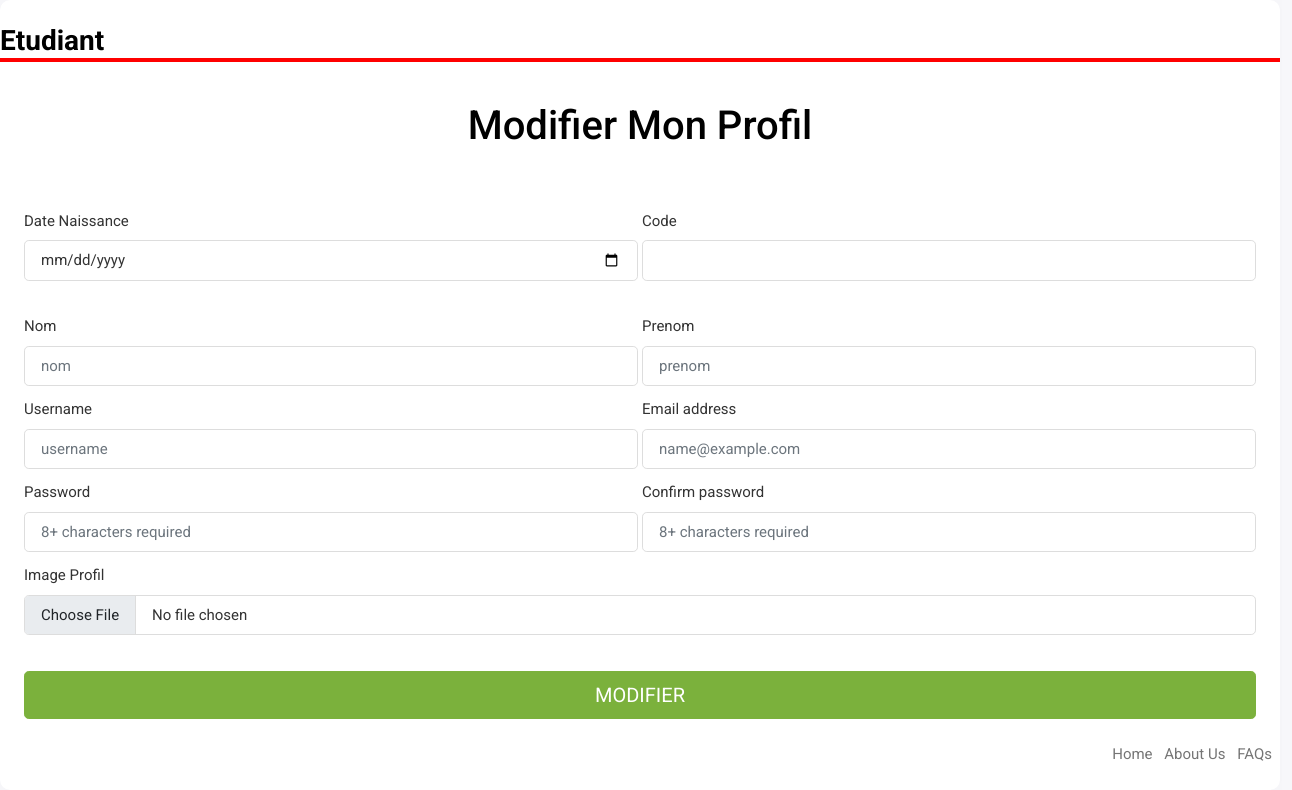
Repository: djadame/Projet
Page: templates/Etudiant/modifier.html
The author's editor kept a copy of each file at every save. The page is drawn from the files as they stood at one save, then again after the next save.
The browser window is 1280 px wide. The page is 1282 px wide, then 1292 px, so the pictures cover 1292 px, including what lies to the right of the window. The pictures show the whole page.
Some icons come from a web library that is not loaded, so they are not drawn. Some web fonts or font styles are not loaded; a fallback is used. The page is served by the project's application, run on Django 4.2 (manage.py). Other server files are loaded and not shown. The template is opened directly, without the code that normally fills it, so the values that code supplies are empty.

Above is the page before, as saved 2023-08-23 01:51:20.
Console error: ReferenceError: feather is not defined

### templates/Etudiant/modifier.html
{% extends "base.html" %} {% load static %} {% block content %}
<div class="content-wrapper" style="margin-top:Opx">
        <div class="content"><!-- For Components documentaion -->
          <div class="card card-default">
            <div class="px-6 py-4">
              <div class="">
                <div >
                    <h3 class=" fw-bold flex-fill mb-3" style="border-bottom: 4px solid red; ">Etudiant</h3>

                    <p class=" alert-success">{{ message }}</p>

                    <form class="row g-1 p-0 p-4" action="{% url 'modifier_profile' user.id %}" method="POST">
                      {% csrf_token %}


                      <div class="col-12 text-center mb-5">
                        <h1>Modifier Mon Profil</h1>

                      </div>
                      {% if error %}

                      <p class="alert alert-danger">{{ message }}</p>
                      {% endif %}

                      <div class="col-6">
                        <div class="mb-2">
                          <label class="form-label">Date Naissance</label>
                          <input type="date" id="date_naissance" name="date" class="form-control form-control-lg"
                          value="{{ user.birthdate|date:'Y-m-d' }}" required><br>
                        </div>
                      </div>

                      <div class="col-6">
                        <div class="mb-2">
                          <label class="form-label">Code</label>
                          <input type="text" name="identifiant"  class="form-control form-control-lg" value="{{ user.identifiant }}"  required/>
                        </div>
                      </div>

                      <div class="col-6">
                        <div class="mb-2">
                          <label class="form-label">Nom</label>
                          <input type="text" name="nom" value="{{ user.first_name }}" class="form-control form-control-lg" placeholder="nom" required/>
                        </div>
                      </div>
                      <div class="col-6">
                        <div class="mb-2">
                          <label class="form-label">Prenom</label>
                          <input type="text" name="prenom" value="{{ user.last_name }}" class="form-control form-control-lg" placeholder="prenom" required />
                        </div>
                      </div>
                      <div class="col-6">
                        <div class="mb-2">
                          <label class="form-label">Username</label>
                          <input type="text" name="username" class="form-control form-control-lg"
                            placeholder="username" value="{{ user.username }}" required/>
                        </div>
                      </div>
                      <div class="col-6">
                        <div class="mb-2">
                          <label class="form-label">Email address</label>
                          <input type="email" name="email" class="form-control form-control-lg"
                            placeholder="name@example.com" value="{{ user.email }}" required/>
                        </div>
                      </div>
                      <div class="col-6">
                        <div class="mb-2">
                          <label class="form-label">Password</label>
                          <input type="password" name="password" class="form-control form-control-lg"
                            placeholder="8+ characters required" required/>
                        </div>
                      </div>
                      <div class="col-6">
                        <div class="mb-2">
                          <label class="form-label">Confirm password</label>
                          <input type="password" name="confirmePassword" class="form-control form-control-lg"
                            placeholder="8+ characters required" required/>
                        </div>
                      </div>
                      <div class="col-12">
                        <div class="mb-2">
                          <label class="form-label">Image Profil</label>
                          <input type="file" name="image" value="{{ user.profil.url }}" class="form-control form-control-lg" required/>
                        </div>
                      </div>
                      <div class="col-12">

                      </div>
                      <div class="col-12 text-center mt-4">
                        <button type="submit" class="btn btn-lg btn-block btn-success lift text-uppercase" alt="SIGNUP">
                          modifier
                        </button>
                      </div>

                    </form>
                    <!-- End Form -->
                    <div class="d-flex justify-content-between flex-wrap">
                      <div>
                        <a href="#" class="me-2 text-muted"><i class="fa fa-facebook-square fa-lg"></i></a>
                        <a href="#" class="me-2 text-muted"><i class="fa fa-github-square fa-lg"></i></a>
                        <a href="#" class="me-2 text-muted"><i class="fa fa-linkedin-square fa-lg"></i></a>
                        <a href="#" class="me-2 text-muted"><i class="fa fa-twitter-square fa-lg"></i></a>
                      </div>
                      <div>
                        <a href="#" title="home" class="me-2 text-muted">Home</a>
                        <a href="#" title="about" class="me-2 text-muted">About Us</a>
                        <a href="#" title="faq" class="me-2 text-muted">FAQs</a>
                      </div>
                    </div>
                  </div>
                </div>
              </div>
              <!-- End Row -->
            </div>
          </div>
        </div>
      </div>
      {% endblock %}

### templates/base.html
{% load static %}
<!DOCTYPE html>
<html lang="en">
<head>
  <meta charset="utf-8" />
  <meta http-equiv="X-UA-Compatible" content="IE=Edge">
        <meta content="width=device-width, initial-scale=1, maximum-scale=1, user-scalable=no" name="viewport">

        <link rel="shortcut icon" href="{% static 'assets/img/favicon.png' %}">

        <link href="https://fonts.googleapis.com/css2?family=Roboto:ital,wght@0,400;0,500;0,700;0,900;1,400;1,500;1,700&amp;display=swap" rel="stylesheet">

        <link rel="stylesheet" href="{% static 'assets/plugins/bootstrap/css/bootstrap.min.css' %}">

        <link rel="stylesheet" href="{% static 'assets/plugins/feather/feather.css' %}">

        <link rel="stylesheet" href="{% static 'assets/plugins/icons/flags/flags.css' %}">

        <link rel="stylesheet" href="{% static 'assets/plugins/fontawesome/css/fontawesome.min.css' %}">
        <link rel="stylesheet" href="{% static 'assets/plugins/fontawesome/css/all.min.css' %}">

        <link rel="stylesheet" href="{% static 'assets/css/style.css' %}">


            <script src="{% static 'assets/js/jquery-3.6.0.min.js' %}"  defer></script>

            <script src="{% static 'assets/plugins/bootstrap/js/bootstrap.bundle.min.js' %}" defer></script>

            <script src="{% static 'assets/js/feather.min.js' }}" defer></script>

            <script src="{% static 'assets/plugins/slimscroll/jquery.slimscroll.min.js' %}" defer></script>

            <script src="{% static 'assets/plugins/apexchart/apexcharts.min.js' %}" defer></script>
            <script src="{% static 'assets/plugins/apexchart/chart-data.js' %}" defer></script>

            <script src="{% static 'assets/js/script.js' %}" defer></script>
</head>
<body>

    {% if user.is_authenticated %}
      {% if user.role == "Administrateur" %}
        {% include "_partiels/navAdministrateur.html" %}
      {% elif user.role == "Enseignant" %}
        {% include "_partiels/nav.html" %}
      {% else  %}
        {% include "_partiels/navEtudiant.html" %}
      {% endif %}


    {% endif %}





    {% block content %}{% endblock %}
</body>
</html>

### Projet/urls.py
"""Projet URL Configuration

The `urlpatterns` list routes URLs to views. For more information please see:
    https://docs.djangoproject.com/en/4.1/topics/http/urls/
Examples:
Function views
    1. Add an import:  from my_app import views
    2. Add a URL to urlpatterns:  path('', views.home, name='home')
Class-based views
    1. Add an import:  from other_app.views import Home
    2. Add a URL to urlpatterns:  path('', Home.as_view(), name='home')
Including another URLconf
    1. Import the include() function: from django.urls import include, path
    2. Add a URL to urlpatterns:  path('blog/', include('blog.urls'))
"""
from django.contrib import admin
from django.urls import path,include
from django.conf import settings
from django.conf.urls.static import static


urlpatterns = [
    path('admin/', admin.site.urls),
    path('', include('AppEcole.urls')),
    path('Admin/', include('Administrateur.urls')),
    path('Etudiant/', include('Etudiant.urls')),
]
if settings.DEBUG:
    urlpatterns += static(settings.MEDIA_URL,
    document_root=settings.MEDIA_ROOT)

### AppEcole/urls.py
from django.urls import path
from .views import index, inscription, connexion,ajouter_projet,deconnexion,liste_projets,modifier_projet,supprimer_projet,afficher_profil,modifier_profil,liste_projets_soumis
urlpatterns = [
    path('acceuil', index, name='acceuil'),
    path('inscription/', inscription, name='register'),
    path('', connexion, name='login'),
    path('deconnexion/', deconnexion, name='logout'),


    path('enseignant/projet/ajouter', ajouter_projet, name='ajouter_projet'),
    path('enseignant/projet/', liste_projets, name='liste_projet'),
    path('enseignant/projet/modifier/<int:id>',modifier_projet, name='modifier_projet'),
    path('enseignant/projet/supprimer/<int:id>',supprimer_projet, name='supprimer_projet'),
    path('enseignant/profil',afficher_profil, name='afficher_profil'),
    path('enseignant/profil/modifier/<int:id>',modifier_profil, name='modifier_profile'),
    path('enseignant/projet/soumis',liste_projets_soumis, name='soumis'),


]

### Administrateur/urls.py
from django.urls import path
from .views import register,liste_utilisateur,modifier_utilisateur,supprimer_utilisateur,liste_cour,ajouter_cour,modifier_cour,supprimer_cour, liste_Enseignant, liste_Etudiant
urlpatterns = [
    path('user/ajouter', register, name='inscription'),
    path('user/', liste_utilisateur, name='liste_utilisateur'),
    path('user/enseignant', liste_Enseignant, name='liste_enseignant'),
    path('user/etudiant', liste_Etudiant, name='liste_etudiant'),
    path('user/modifier/<int:id>',modifier_utilisateur, name='modifier_utilisateur'),
    path('user/supprimer/<int:id>',supprimer_utilisateur, name='supprimer_utilisateur'),
    path('cour/ajouter', ajouter_cour, name='ajouter_cour'),
    path('cour/', liste_cour, name='liste_cour'),
    path('cour/modifier/<int:id>',modifier_cour, name='modifier_cour'),
    path('cour/supprimer/<int:id>',supprimer_cour, name='supprimer_cour'),








]

### Etudiant/urls.py
from django.urls import path
from .views import liste_Projets,ajouter_soumission,liste_soumission,modifier_soumission,supprimer_soumission, afficher_profil,modifier_profil
urlpatterns = [
    path('projets/', liste_Projets, name='etudiants_projet'),
    path('soumission/ajouter', ajouter_soumission, name='ajouter_soumission'),
    path('soumission/',liste_soumission, name='liste_soumission'),
    path('soumission/modifier/<int:id>', modifier_soumission, name='modifier_soumission'),
    path('soumission/supprimer/<int:id>', supprimer_soumission, name='supprimer_soumission'),
    path('profil/', afficher_profil, name='profil'),
    path('profil/modifier/<int:id>', modifier_profil, name='profil_modifier'),

]

Loaded but not shown: static/assets/plugins/bootstrap/css/bootstrap.min.css (library); static/assets/plugins/feather/feather.css (library); static/assets/plugins/icons/flags/flags.css (library); static/assets/plugins/fontawesome/css/fontawesome.min.css (library); static/assets/plugins/fontawesome/css/all.min.css (library); static/assets/css/style.css (library); static/assets/js/jquery-3.6.0.min.js (library); static/assets/plugins/bootstrap/js/bootstrap.bundle.min.js (library); static/assets/plugins/slimscroll/jquery.slimscroll.min.js (library); static/assets/plugins/apexchart/apexcharts.min.js (library); static/assets/plugins/apexchart/chart-data.js (library); static/assets/js/script.js (580 lines, source omitted)

After the next save:
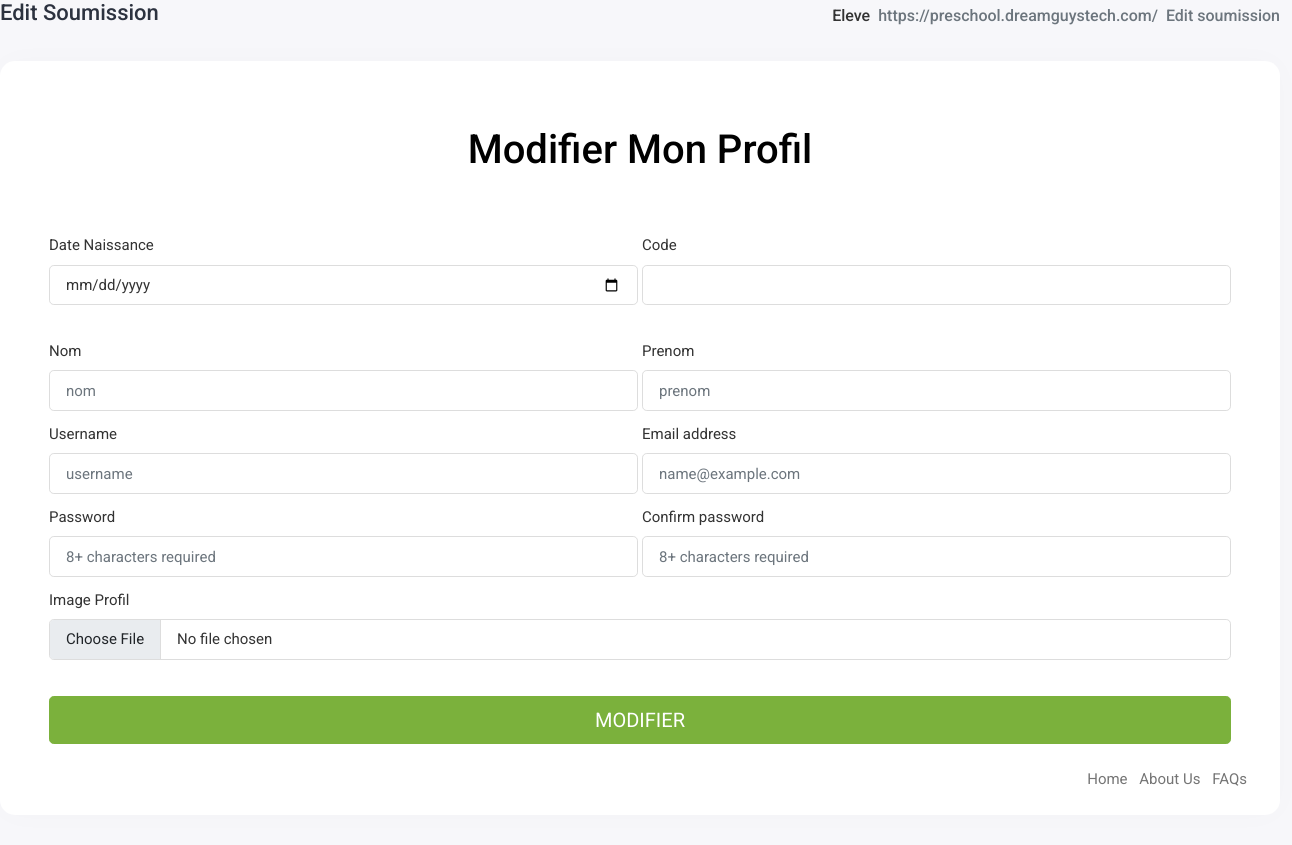
Saved 5 min 24 s later.
--- a/templates/Etudiant/modifier.html
+++ b/templates/Etudiant/modifier.html
@@ -1,11 +1,24 @@
 {% extends "base.html" %} {% load static %} {% block content %}
-<div class="content-wrapper" style="margin-top:Opx">
-        <div class="content"><!-- For Components documentaion -->
-          <div class="card card-default">
-            <div class="px-6 py-4">
-              <div class="">
-                <div >
-                    <h3 class=" fw-bold flex-fill mb-3" style="border-bottom: 4px solid red; ">Etudiant</h3>
+<div class="page-header">
+  <div class="row align-items-center">
+    <div class="col-sm-12">
+      <div class="page-sub-header">
+        <h3 class="page-title">Edit Soumission</h3>
+        <ul class="breadcrumb">
+          <li class="breadcrumb-item">
+            <a href="students.html">Eleve</a>
+          </li>
+          <li class="breadcrumb-item active">Edit soumission</li>
+        </ul>
+      </div>
+    </div>
+  </div>
+</div>
+
+<div class="row">
+  <div class="col-sm-12">
+    <div class="card comman-shadow">
+      <div class="card-body">
 
                     <p class=" alert-success">{{ message }}</p>
 
